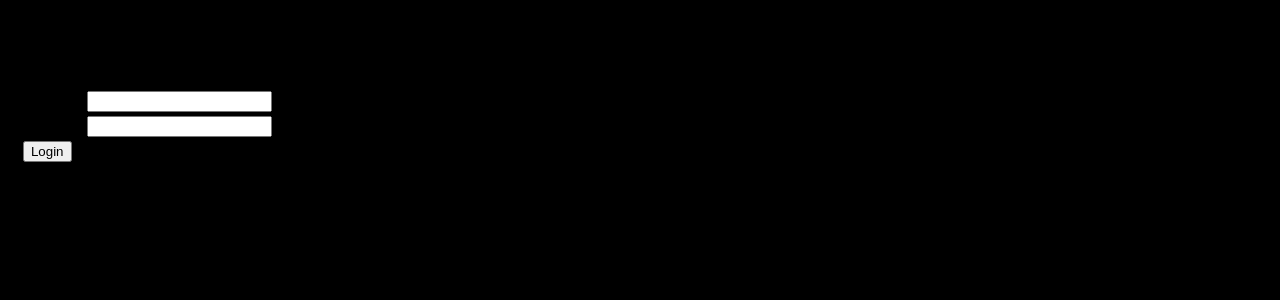
Repository: sultanaNargis03/IndustryReadyJavaSpringBoot
Page: Servlet/workspace/Learningportal/src/main/webapp/login.html
The author's editor kept a copy of each file at every save. The page is drawn from the files as they stood at one save, then again after the next save.
The browser window is 1280 px wide. The pictures show the whole page.

Above is the page before, as saved 2023-12-07 15:25:32.

After the next save:
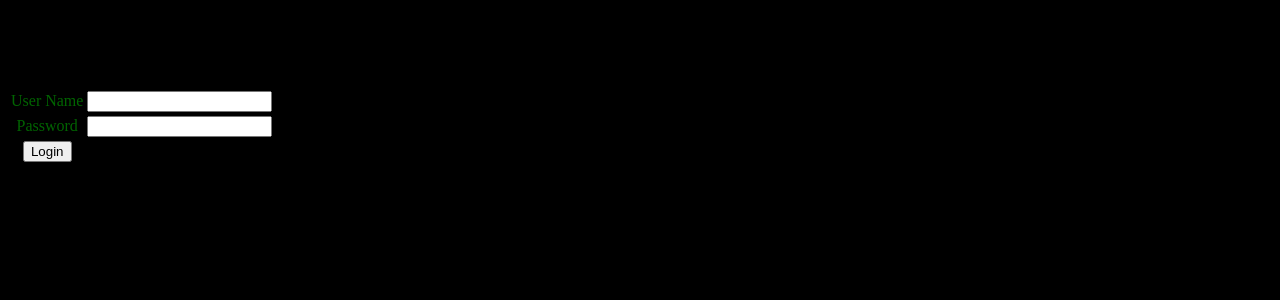
Saved 44 s later.
--- a/Servlet/workspace/Learningportal/src/main/webapp/login.html
+++ b/Servlet/workspace/Learningportal/src/main/webapp/login.html
@@ -7,7 +7,7 @@
 <body style="text-align: center"bgcolor="black">
 <h1 style="color: red"><marquee>Login!!</marquee></h1>
 
-<form action="./login">
+<form action="./login" style="color:darkgreen">
 	<table>
 		<tr>
 			<td>User Name</td>
